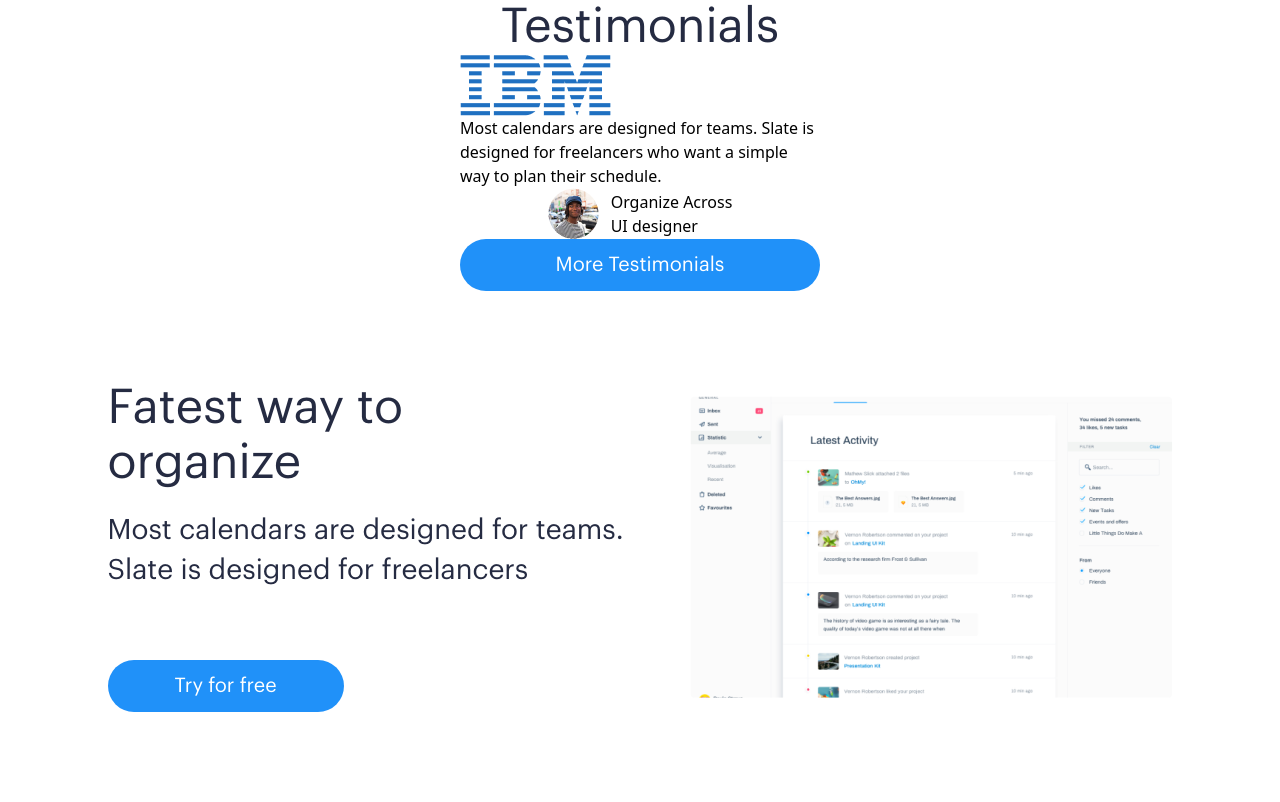
Repository: SK3010z/figmaland-tailwind
Page: /
These files come from the project's save history. The page is drawn as it stood at one moment and after the next save; the edit follows.
The browser window is 1280 px wide. The pictures show the whole page.
The project was rebuilt for these pictures with package versions that can differ from the ones it lists, and the page was loaded fresh each time. Also part of the build but not shown: vite.config.js, src/mediaQueries.jsx.

Above is the page before, as saved 2024-08-19 15:20:28.

### index.html
<!doctype html>
<html lang="en">
  <head>
    <meta charset="UTF-8" />
    <link rel="icon" type="image/svg+xml" href="/vite.svg" />
    <meta name="viewport" content="width=device-width, initial-scale=1.0" />
    <title>FigmaLand</title>
  </head>
  <body class>
    <div id="root"></div>
    <script type="module" src="/src/main.jsx"></script>
  </body>
</html>

### src/main.jsx
import { StrictMode } from 'react'
import { createRoot } from 'react-dom/client'
import App from './App.jsx'
import MediaQueries from './mediaQueries.jsx'
import './index.css'

createRoot(document.getElementById('root')).render(
  <StrictMode>
    <App/>
  </StrictMode>
)

### src/App.jsx
import { CalendarFeature } from "./components/CalendarFeature"
import { Testimonials } from "./components/Testimonials"
function App() {
  return (
    <div className="bg-darkBackground">
      <Testimonials></Testimonials>
      <CalendarFeature></CalendarFeature>
    </div>
  )
}

export default App

### src/index.css
@tailwind base;
@tailwind components;
@tailwind utilities;

@font-face {
  font-family: "Graphik-bold";
  src: url(./fonts/Graphik/Graphik-Bold-Trial.otf) format("opentype");
  font-style: normal;
  font-display: swap;
}
@font-face {
  font-family: "Graphik";
  src: url(./fonts/Graphik/Graphik-Regular-Trial.otf) format("opentype");
  font-style: normal;
  font-display: swap;
}

### src/components/CalendarFeature/index.jsx
import { Button } from "../Button";
import { Heading } from "../Heading";
import CalendarImage from "../../assets/images/features/calendar-feature-screenshot.png";

export const CalendarFeature = ({}) => {
    return (
        <section className="bg-white py-[90px] px-5">
            <div className="w-full max-w-[400px] flex flex-col justify-center items-center mx-auto lg:flex-row lg:max-w-[1243px] lg:gap-[50px]">
                <div className="flex flex-col">
                    <Heading type="h2" className="text-center lg:text-left lg:max-w-[336px]">
                        Fatest way to organize
                    </Heading>
                    <Heading type="h4" className="mb-[60px] mt-4 text-center lg:text-left lg:mb-[70px] lg:mt-[19px] lg:max-w-[532px]">
                        Most calendars are designed for teams. Slate is designed
                        for freelancers
                    </Heading>
                    <Button className="lg:max-w-[236px]">Try for free</Button>
                </div>
                <img  src={CalendarImage} />
            </div>
        </section>
    );
};

### src/components/Testimonials/index.jsx
import { Button } from "../Button";
import { Heading } from "../Heading";
import IbmLogo from "../../assets/images/brands/IbmLogo.png";
import TestimonialPerson from "../../assets/images/testimonials/testimonial-1.png";

export const Testimonials = () => {
    return (
        <section className="bg-white">
            <div className="w-full max-w-[360px] mx-auto flex flex-col">
                <Heading type="h2" className="w-fit mx-auto">Testimonials</Heading>
                <div>
                    <img src={IbmLogo} />
                    <p>
                        Most calendars are designed for teams. Slate is designed
                        for freelancers who want a simple way to plan their
                        schedule.
                    </p>
                    <div className="flex gap-3 justify-center items-center">
                        <img src={TestimonialPerson} />
                        <div>
                            <p>Organize Across</p>
                            <p>UI designer</p>
                        </div>
                    </div>
                </div>
                <Button>More Testimonials</Button>
            </div>
        </section>
    );
};

### src/components/Button/index.jsx
export const Button = ({ children, variant = "primary", isBold = false, className = ''}) => {
  return (
    <button
      className={`${className} flex items-center justify-center p-4 rounded-full font-graphik text-xl leading-5
        ${
          variant === "primary"
            ? "bg-primary text-white"
            : "bg-white text-primary"
        }
        ${isBold && "font-graphik-bold"}
      `}
    >
      {children}
    </button>
  );
};

### src/components/Heading/index.jsx
export const Heading = ({children, type = "h1", color = '', className = ''}) => {
    const customizedColor = color === 'white' ? 'text-white' : 'text-text'

    if (type == "h1") {
        return (
            <h1 className={`${className} text-[4.625rem] leading-[84px] font-graphik-bold ${customizedColor}`}>{children}</h1>
        )
    }
    if (type == "h4") {
        return (
            <h1 className={`${className} text-[28px] leading-[40px] font-graphik ${customizedColor}`}>{children}</h1>
        )
    }

    return(
     <h2 className={`${className} text-5xl leading-[55px] font-graphik ${customizedColor}`}>{children}</h2>
    )
};

### tailwind.config.js
/** @type {import('tailwindcss').Config} */
export default {
  content: [
    "./index.html",
    "./src/**/*.{js,ts,jsx,tsx}",
  ],
  theme: {
    extend: {
      fontFamily: {
        'graphik': ['Graphik','sans-serif'],
        'graphik-bold': ['Graphik-bold','sans-serif']
      },
      colors: {
        primary: '#2091F9',
        text: '#252B42',
        decondaryText: '#374754',
        darkBackground: '#252B42'
      }
    },
  },
  plugins: [],
}

After the next save:
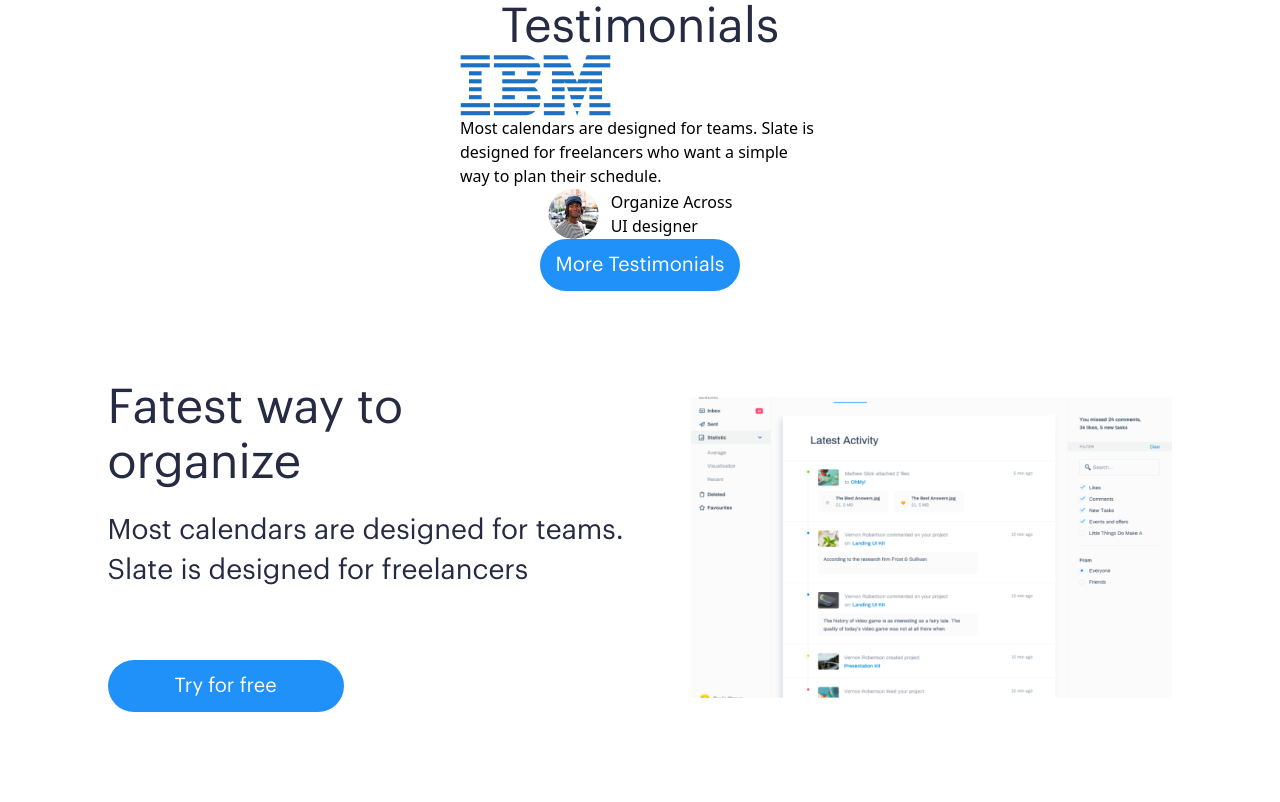
Saved 61 s later.
--- a/src/components/Testimonials/index.jsx
+++ b/src/components/Testimonials/index.jsx
@@ -6,7 +6,7 @@
 export const Testimonials = () => {
     return (
         <section className="bg-white">
-            <div className="w-full max-w-[360px] mx-auto flex flex-col">
+            <div className="w-full max-w-[360px] mx-auto flex flex-col justify-center items-center">
                 <Heading type="h2" className="w-fit mx-auto">Testimonials</Heading>
                 <div>
                     <img src={IbmLogo} />
